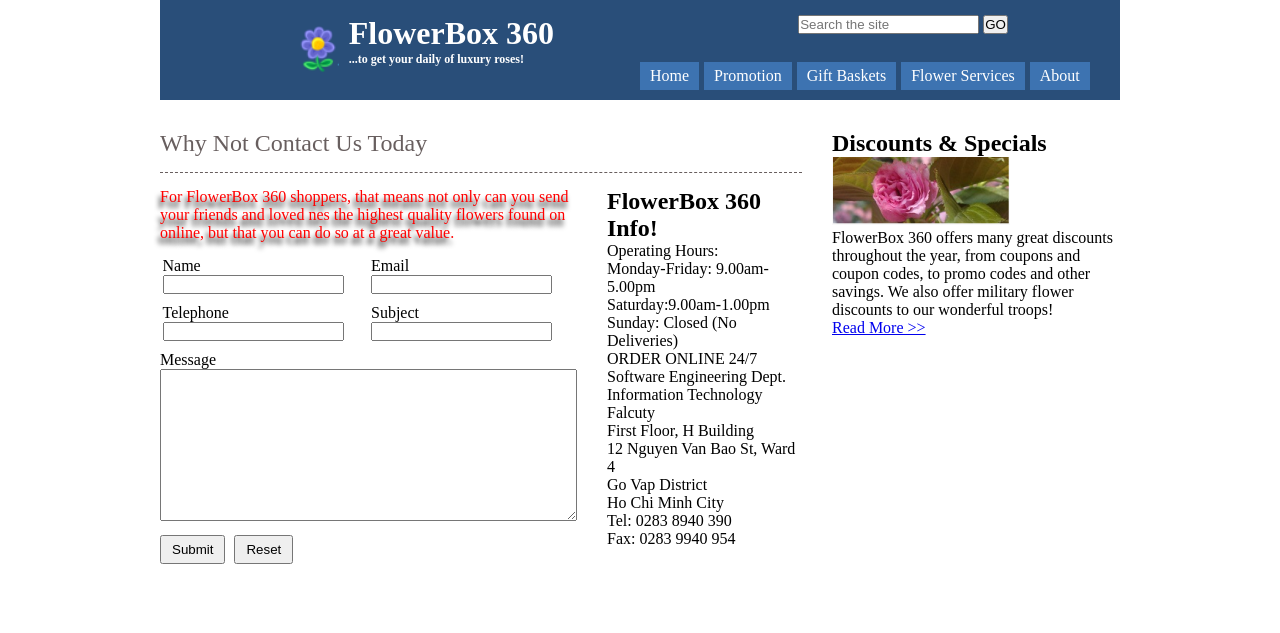
Repository: hoangnguyen1903/STT_21084321_NguyenHuyHoang_DHKHMT17B_Tuan4_DeThamKhao3
Page: html/demo.html
These files come from the project's save history. The page is drawn as it stood at one moment and after the next save; the edit follows.
The browser window is 1280 px wide. The pictures show the whole page.

Above is the page before, as saved 2023-03-09 15:01:44.

### html/demo.html
<!DOCTYPE html>
<html lang="en">
  <head>
    <meta charset="UTF-8" />
    <meta http-equiv="X-UA-Compatible" content="IE=edge" />
    <meta name="viewport" content="width=device-width, initial-scale=1.0" />
    <title>Demo 3</title>
    <style>
      * {
        padding: 0;
        box-sizing: border-box;
        margin: 0 auto;
      }

      .wrapper {
        width: 960px;
        height: 100%;
      }

      .header {
        width: 960px;
        height: 100px;
        background-color: #294e79;
        color: #fff;
        display: flex;
        position: relative;
      }

      .header > .header__left {
        display: flex;
        padding: 15px 20px;
      }

      .header > .header__left > img {
        padding-right: 10px;
      }

      .header > .header__left > div > h2 {
        font-size: 12px;
      }

      .header > .header__right {
        padding-top: 15px;
      }

      .header > .header__bottom {
        position: absolute;
        bottom: 10px;
        left: 50%;
        display: flex;
      }

      .header > .header__bottom > li {
        list-style: none;
        margin-right: 5px;
        background-color: #3d73b1;
        padding: 5px 10px;
      }

      .header > .header__bottom > li:hover {
        background-color: #fff;
      }

      .header > .header__bottom > li:hover > a {
        color: #000;
      }

      .header > .header__bottom > li > a {
        text-decoration: none;
        color: white;
      }

      .content {
        width: 960px;
        display: flex;
        margin-top: 30px;
      }

      .content > .content__left {
        width: calc(70% - 30px);
        margin-right: 30px;
      }

      .content > .content__left > .content__left-top {
        color: #685f5f;
        font-weight: 500;
        padding-bottom: 15px;
        border-bottom: 1px dashed #685f5f;
        margin-bottom: 15px;
      }

      .content > .content__left > .content__left-bottom {
        display: flex;
      }

      .content > .content__left > .content__left-bottom > .content__left-form {
        width: calc(70% - 30px);
        margin-right: 30px;
      }

      .content
        > .content__left
        > .content__left-bottom
        > .content__left-form
        > p {
        color: red;
        text-shadow: -2px 6px 5px #000;
        margin-bottom: 15px;
      }

      .content
        > .content__left
        > .content__left-bottom
        > .content__left-form
        > form {
        display: flex;
        flex-wrap: wrap;
      }

      .content
        > .content__left
        > .content__left-bottom
        > .content__left-form
        > form
        > div {
        width: calc(50% - 5px);
        margin-bottom: 10px;
      }

      .content
        > .content__left
        > .content__left-bottom
        > .content__left-form
        > form
        > div:nth-child(5) {
        width: 100%;
        margin-bottom: 10px;
      }

      .content
        > .content__left
        > .content__left-bottom
        > .content__left-form
        > form
        > div:nth-child(6) {
        width: 100%;
        margin-bottom: 10px;
      }

      .content
        > .content__left
        > .content__left-bottom
        > .content__left-form
        > form
        > div:nth-child(6)
        > input {
        padding: 5px 10px;
        margin-right: 5px;
      }

      .content > .content__right {
        width: 30%;
      }
    </style>
  </head>
  <body>
    <div class="wrapper">
      <div class="header">
        <div class="header__left">
          <img src="../img/AnhLogo.PNG" alt="Logo" class="logo" />
          <div>
            <h1>FlowerBox 360</h1>
            <h2>...to get your daily of luxury roses!</h2>
          </div>
        </div>
        <ul class="header__bottom">
          <li><a href="#">Home</a></li>
          <li><a href="#">Promotion</a></li>
          <li><a href="#">Gift Baskets</a></li>
          <li><a href="#">Flower Services</a></li>
          <li><a href="#">About</a></li>
        </ul>
        <div class="header__right">
          <input
            type="text"
            name="txt"
            id="txt"
            placeholder="Search the site"
          />
          <input type="button" value="GO" />
        </div>
      </div>
      <div class="content">
        <div class="content__left">
          <h2 class="content__left-top">Why Not Contact Us Today</h2>
          <div class="content__left-bottom">
            <div class="content__left-form">
              <p>
                For FlowerBox 360 shoppers, that means not only can you send
                your friends and loved nes the highest quality flowers found on
                online, but that you can do so at a great value.
              </p>
              <form action="">
                <div>
                  <label for="name">Name</label>
                  <input type="text" name="name" id="name" />
                </div>
                <div>
                  <label for="email">Email</label>
                  <input type="email" name="email" id="email" />
                </div>
                <div>
                  <label for="telephone">Telephone</label>
                  <input type="number" name="telephone" id="telephone" />
                </div>
                <div>
                  <label for="subject">Subject</label>
                  <input type="text" name="subject" id="subject" />
                </div>
                <div>
                  <label for="message">Message</label>
                  <div>
                    <textarea
                      name="message"
                      id="message"
                      cols="50"
                      rows="10"
                    ></textarea>
                  </div>
                </div>
                <div>
                  <input type="submit" value="Submit" />
                  <input type="reset" value="Reset" />
                </div>
              </form>
            </div>
            <div class="content__left-info">
              <h2 class="content__left-heading">FlowerBox 360 Info!</h2>
              <div>
                <p>Operating Hours:</p>
                <p>Monday-Friday: 9.00am-5.00pm</p>
                <p>Saturday:9.00am-1.00pm</p>
                <p>Sunday: Closed (No Deliveries)</p>
                <p>ORDER ONLINE 24/7</p>
              </div>
              <div>
                <p>Software Engineering Dept.</p>
                <p>Information Technology Falcuty</p>
                <p>First Floor, H Building</p>
              </div>
              <div>
                <p>12 Nguyen Van Bao St, Ward 4</p>
                <p>Go Vap District</p>
                <p>Ho Chi Minh City</p>
                <p>Tel: 0283 8940 390</p>
                <p>Fax: 0283 9940 954</p>
              </div>
            </div>
          </div>
        </div>
        <div class="content__right">
          <h2 class="content__right-top">Discounts & Specials</h2>
          <div class="content__right-bottom">
            <img src="../img/flower.PNG" alt="Flower" />
            <p>
              FlowerBox 360 offers many great discounts throughout the year,
              from coupons and coupon codes, to promo codes and other savings.
              We also offer military flower discounts to our wonderful troops!
            </p>
            <a href="#">Read More >></a>
          </div>
        </div>
      </div>
      <div class="footer"></div>
    </div>
  </body>
</html>

After the next save:
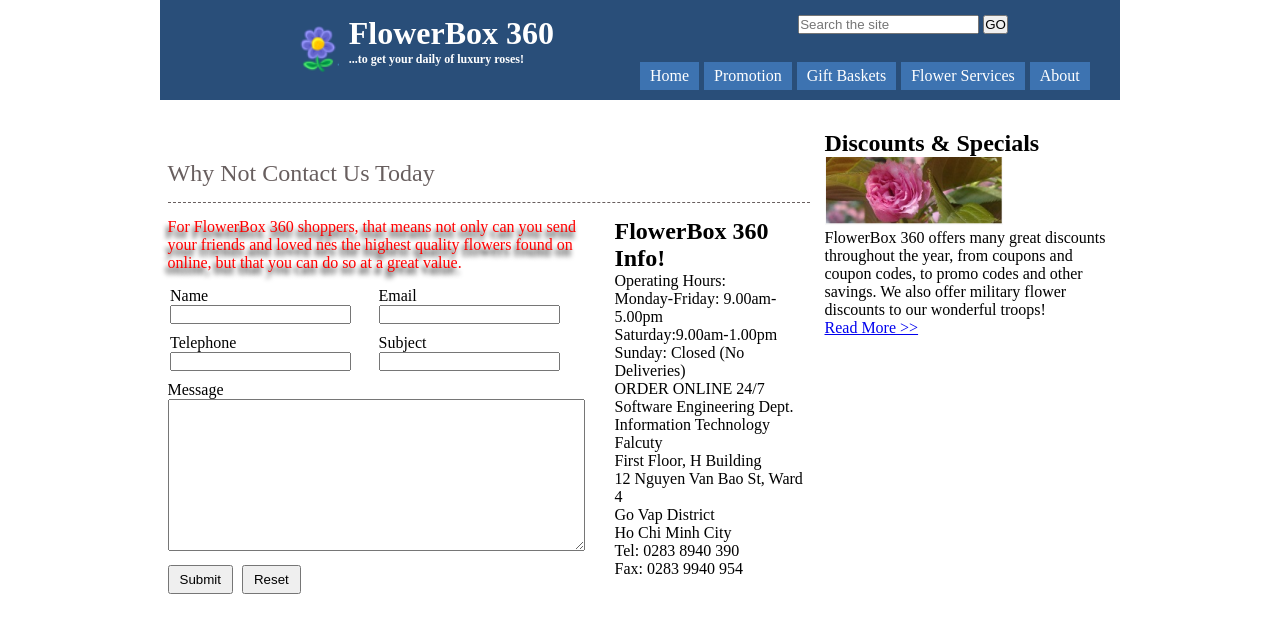
Saved 38 s later.
--- a/html/demo.html
+++ b/html/demo.html
@@ -78,7 +78,7 @@
 
       .content > .content__left {
         width: calc(70% - 30px);
-        margin-right: 30px;
+        padding: 30px 0;
       }
 
       .content > .content__left > .content__left-top {
